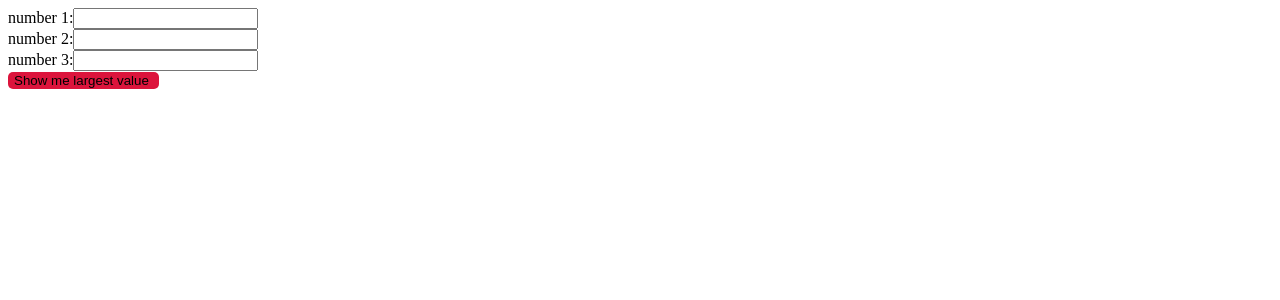
Repository: pkc189/Techment
Page: Advance Java Server Side/HelloWorld/WebContent/Largest.html
These files come from the project's save history. The page is drawn as it stood at one moment and after the next save; the edit follows.
The browser window is 1280 px wide. The pictures show the whole page.

Above is the page before, as saved 2021-08-20 08:23:53.

### Advance Java Server Side/HelloWorld/WebContent/Largest.html
<!DOCTYPE html>
<html>
<head>
<meta charset="ISO-8859-1">
<title>Insert title here</title>
<style>

.btn{
background-color:crimson ;
border:none;
border-radius:5px;
color:'white'
padding:5px
}

</style>
</head>
<body>

<form action="Largest">
  number 1:<input type="text" name="n1">
  <br/>
  number 2:<input type="text" name="n2">
  <br/>
  number 3:<input type="text" name="n3">
  <br/>


<input class="btn" value="Show me largest value " type="submit">
</form>
</body>
</html>

After the next save:
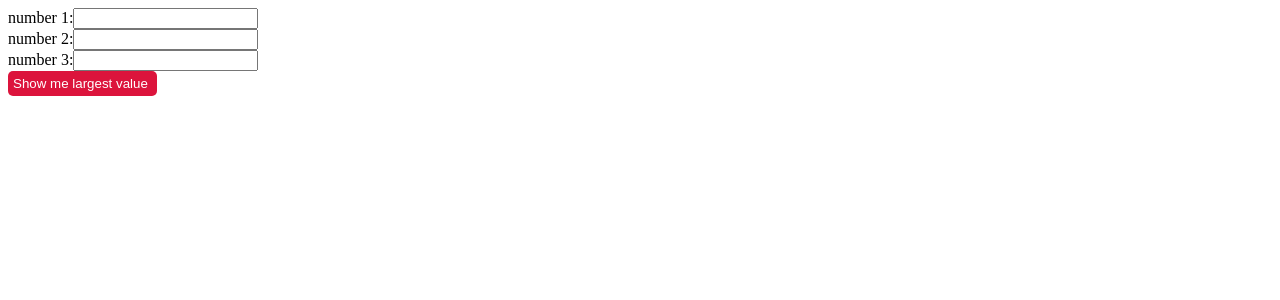
Saved 10 s later.
--- a/Advance Java Server Side/HelloWorld/WebContent/Largest.html
+++ b/Advance Java Server Side/HelloWorld/WebContent/Largest.html
@@ -9,7 +9,7 @@
 background-color:crimson ;
 border:none;
 border-radius:5px;
-color:'white'
+color:white;
 padding:5px
 }
 
